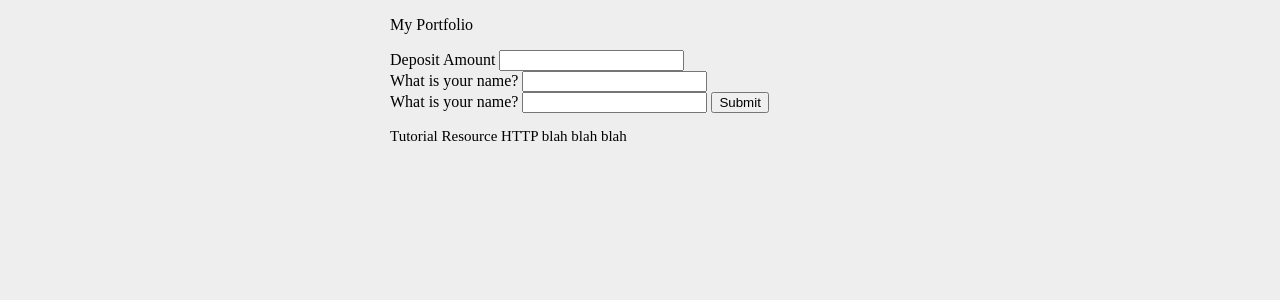
Repository: WillLiang918/Portfolio
Page: http://localhost/Task_Manager/portfolio.jsp
An editor plug-in stored every save of this project. The page is shown before and after the next save, followed by the edit.
The browser window is 1280 px wide. The pictures show the whole page.
The page is served by Tomcat 9.

Above is the page before, as saved 2015-07-23 21:52:56.

After the next save:
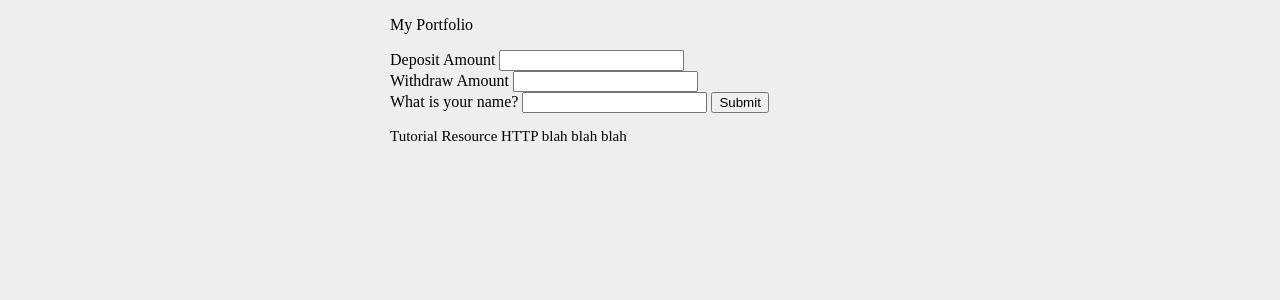
Saved 71 s later.
--- a/Task_Manager/WebContent/portfolio.jsp
+++ b/Task_Manager/WebContent/portfolio.jsp
@@ -12,10 +12,10 @@
 	<p class="Large">My Portfolio</p>
 	<form id="updatePortfolio">
 		<label for="depositAmt">Deposit Amount</label>
-		<input type="text" id="depositAmt" name="depositAmt" />
+		<input type="text" id="depositAmt" name="depositAmt"/>
 		<br/>
-		<label for="username">What is your name?</label>
-		<input type="text" id="username" name="username" />
+		<label for="withdrawAmt">Withdraw Amount</label>
+		<input type="text" id="withdrawAmt" name="withdrawAmt" />
 		<br/>
 		<label for="username">What is your name?</label>
 		<input type="text" id="username" name="username" />
